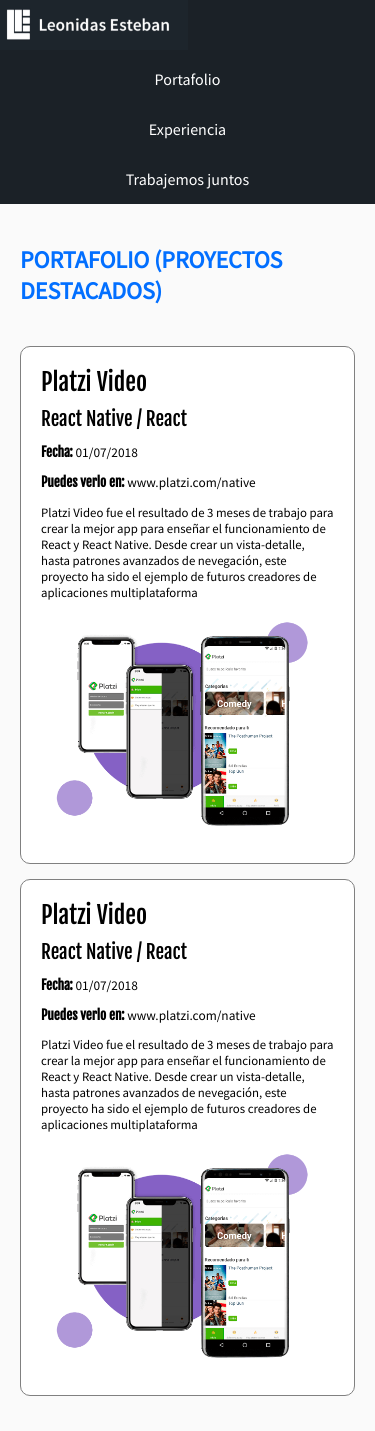
Repository: joseLozanoTamayo/web-desing
Page: desarrollo-web-portafolio/index.html
An editor plug-in stored every save of this project. The page is shown before and after the next save, followed by the edit.
The browser window is 375 px wide. The pictures show the whole page.

Above is the page before, as saved 2019-04-21 22:34:02.

After the next save:
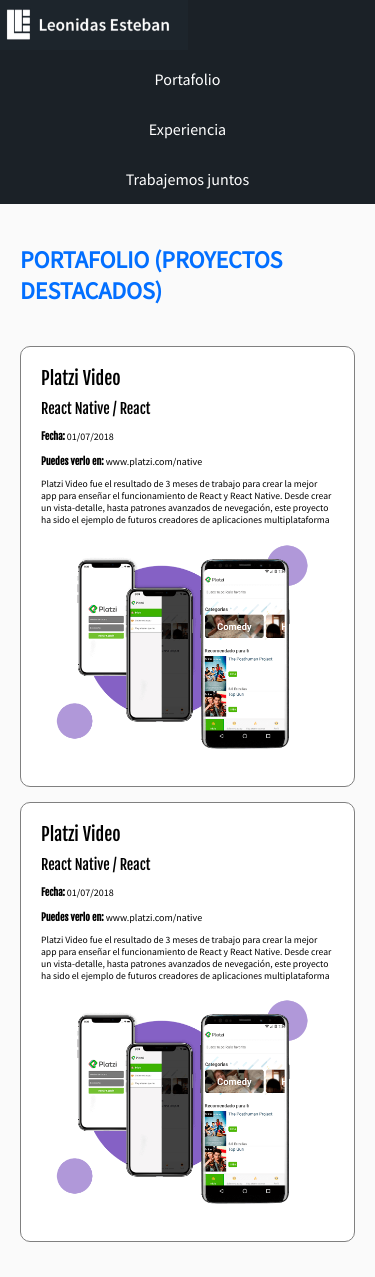
Saved 3 min 14 s later.
--- a/desarrollo-web-portafolio/css/estilos.css
+++ b/desarrollo-web-portafolio/css/estilos.css
@@ -399,6 +399,10 @@
 }
 
 @media screen and ( max-width: 480px){
+  .project-details {
+    width: auto;
+    font-size: 12px;
+  }
 }
 
 @media screen and ( max-width: 320px){
